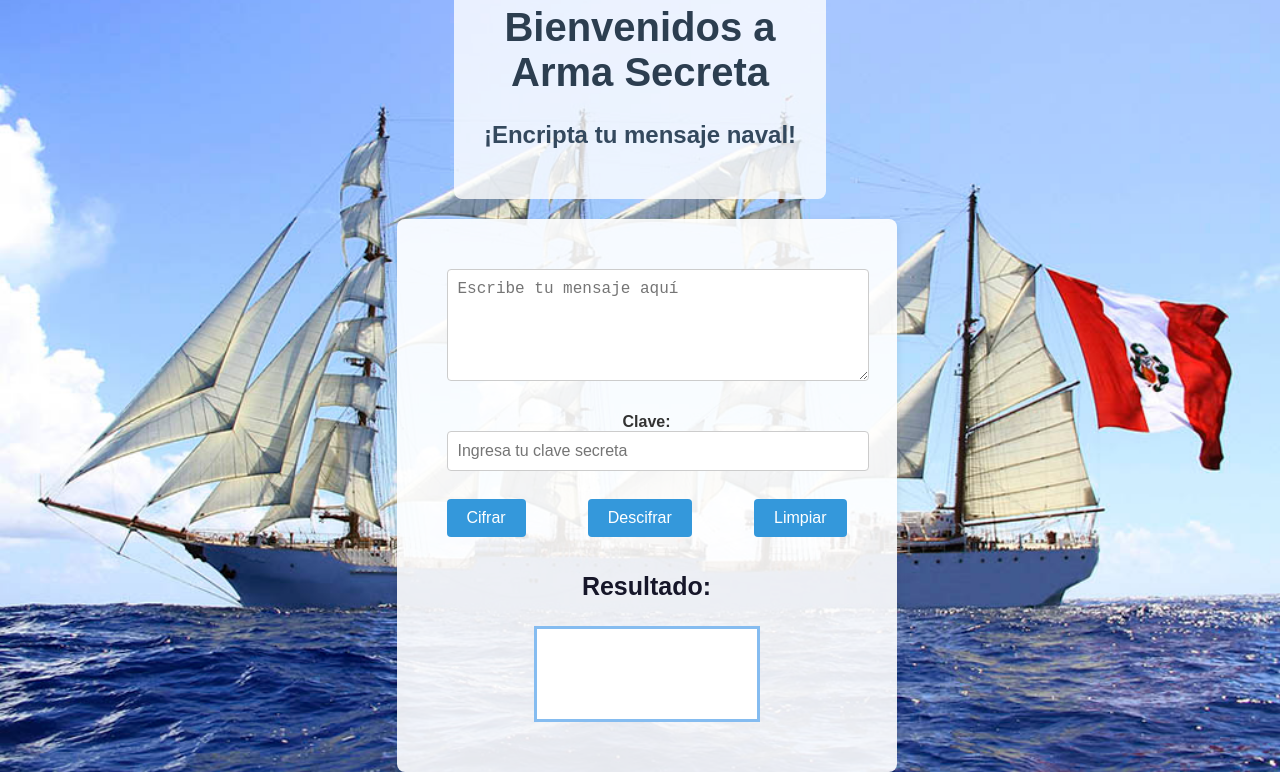
Repository: SusanaCahuantico/LIM009-Cipher
Page: src/index.html
These files come from the project's save history. The page is drawn as it stood at one moment and after the next save; the edit follows.
The browser window is 1280 px wide. The pictures show the whole page.

Above is the page before, as saved 2025-03-05 12:23:23.

### src/index.html
<!DOCTYPE html>
<html lang="es">
<head>
  <meta charset="UTF-8">
  <meta name="viewport" content="width=device-width, initial-scale=1.0">
  <title>Arma Secreta</title>
  <link rel="stylesheet" href="style.css">
</head>
<body>
  <header>
    <h1>Bienvenidos a <br>Arma Secreta</h1>
    <h2>¡Encripta tu mensaje naval!</h2>
  </header>
  <main>
    <div class="container">
      <textarea id="mensaje" cols="35" rows="5" placeholder="Escribe tu mensaje aquí"></textarea>
      <br><br>
      <label for="offset"><strong>Clave:</strong></label>
      <input type="text" id="offset" placeholder="Ingresa tu clave secreta">
      <br><br>
      <div class="buttons">
        <button id="cifrar" class="btn">Cifrar</button>
        <button id="descifrar" class="btn">Descifrar</button>
        <button id="limpiar" class="btn">Limpiar</button>
      </div>
      <h3>Resultado:</h3>
      <p id="result"></p>
    </div>
  </main>
  <script src="cipher.js"></script>
  <script src="index.js"></script>
</body>
</html>

### src/style.css
body {
    background-image: url('fondo/fondo4.jpg');
    background-size: cover;
    background-position: center;
    background-repeat: no-repeat;
    font-family: 'Arial', sans-serif;
    color: #333;
    margin: 0;
    padding: 0;
    display: flex;
    justify-content: center;
    align-items: center;
    height: 100vh;
    flex-direction: column;
}

header {
    text-align: center;
    margin-bottom: 20px;
    background-color: rgba(255, 255, 255, 0.8);
    padding: 30px;
    border-radius: 8px;
}

h1 {
    font-size: 2.5rem;
    color: #2c3e50;
}

h2 {
    font-size: 1.5rem;
    color: #34495e;
}

.container {
    background-color: rgba(255, 255, 255, 0.9);
    padding: 50px;
    border-radius: 8px;
    box-shadow: 0 4px 8px rgba(0, 0, 0, 0.1);
    width: 100%;
    max-width: 400px;
    text-align: center;
}

textarea {
    width: 100%;
    padding: 10px;
    border-radius: 4px;
    border: 1px solid #ccc;
    font-size: 1rem;
    margin-bottom: 10px;
}

input[type="text"] {
    width: 100%;
    padding: 10px;
    border-radius: 4px;
    border: 1px solid #ccc;
    font-size: 1rem;
    margin-bottom: 10px;
}

.buttons {
    display: flex;
    justify-content: space-between;
    margin-bottom: 20px;
}

.btn {
    padding: 10px 20px;
    border: none;
    border-radius: 4px;
    background-color: #3498db;
    color: #fff;
    font-size: 1rem;
    cursor: pointer;
    transition: background-color 0.3s ease;
}

.btn:hover {
    background-color: #2980b9;
}

#result {
    font-size: 1.2rem;
    color: #2c3e50;
    margin-top: 20px;
}

.cajita {
    margin: auto;
}

h3 {
    margin-top: 35px;
    color: rgb(22, 22, 41);
    font-size: 25px;
    text-align: center;
}

p {
    text-align: center;
    font-style: solid;
    width: 200px;
    height: 70px;
    background-color: white;
    border: 3px solid rgb(133, 188, 240);
    padding: 10px;
    margin: 0 auto;
}

### src/cipher.js
window.cipher = {
	encode: (offset, string) => {
	  return processText(offset, string, "encode");
	},

	decode: (offset, string) => {
	  return processText(offset, string, "decode");
	},
  };

  const processText = (offset, string, operation) => {
	const despl = parseInt(offset);
	let result = "";

	for (let i = 0; i < string.length; i++) {
	  const charCode = string.charCodeAt(i);
	  let processedChar;

	  if (charCode >= 65 && charCode <= 90) {
		processedChar = processCharacter(charCode, 65, 26, despl, operation);
	  } else if (charCode === 32) {
		processedChar = String.fromCharCode(32);
	  } else if (charCode >= 97 && charCode <= 122) {
		processedChar = processCharacter(charCode, 97, 26, despl, operation);
	  } else if (charCode >= 33 && charCode <= 64) {
		processedChar = processCharacter(charCode, 33, 32, despl, operation);
	  } else {
		return "Fuera de rango";
	  }

	  result += processedChar;
	}

	return result;
  };

  const processCharacter = (charCode, base, range, offset, operation) => {
	const shift = operation === "encode" ? offset : -offset;
	const normalizedChar = charCode - base;
	const shiftedChar = (normalizedChar + shift + range) % range;
	return String.fromCharCode(shiftedChar + base);
  };

### src/index.js
const offset = document.getElementById("offset");
const mensaje = document.getElementById("mensaje");
const btncifrar = document.getElementById("cifrar");
const btndescifrar = document.getElementById("descifrar");
const resulta = document.getElementById("result");
const clear = document.getElementById("limpiar");

btncifrar.addEventListener("click", () => {
    const mensajeCapturado = mensaje.value;
    const offsetCapturado = offset.value;
    resulta.innerHTML = cipher.encode(offsetCapturado, mensajeCapturado);
});

btndescifrar.addEventListener("click", () => {
    const mensajeCapturado = mensaje.value;
    const offsetCapturado = offset.value;
    resulta.innerHTML = cipher.decode(offsetCapturado, mensajeCapturado);
});

clear.addEventListener("click", () => {
    mensaje.value = " ";
    offset.value = " ";
    resulta.innerHTML = " ";
});

After the next save:
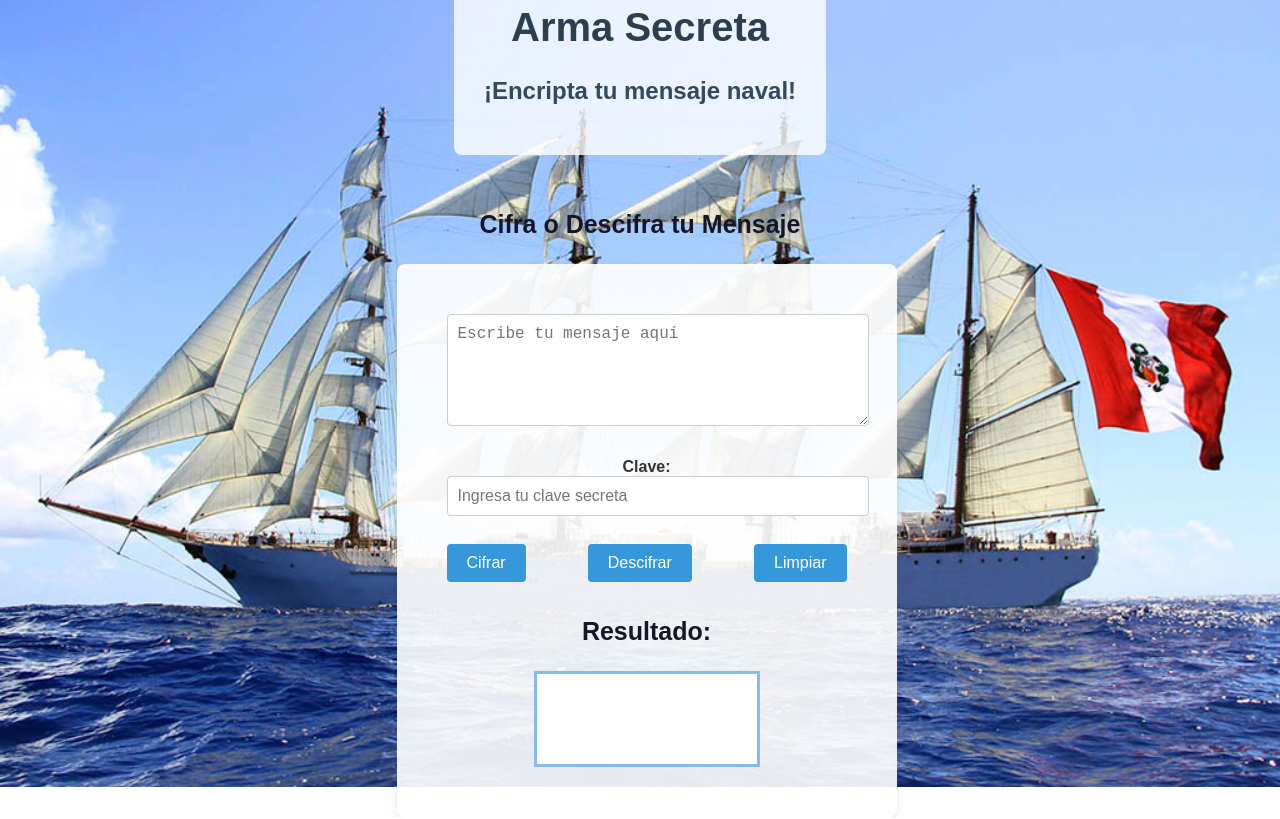
Saved 4 min 29 s later.
--- a/src/index.html
+++ b/src/index.html
@@ -11,7 +11,8 @@
     <h1>Bienvenidos a <br>Arma Secreta</h1>
     <h2>¡Encripta tu mensaje naval!</h2>
   </header>
-  <main>
+  <section class="cipher">
+    <h3>Cifra o Descifra tu Mensaje</h3>
     <div class="container">
       <textarea id="mensaje" cols="35" rows="5" placeholder="Escribe tu mensaje aquí"></textarea>
       <br><br>
@@ -26,7 +27,7 @@
       <h3>Resultado:</h3>
       <p id="result"></p>
     </div>
-  </main>
+  </section>
   <script src="cipher.js"></script>
   <script src="index.js"></script>
 </body>

After the save that followed:
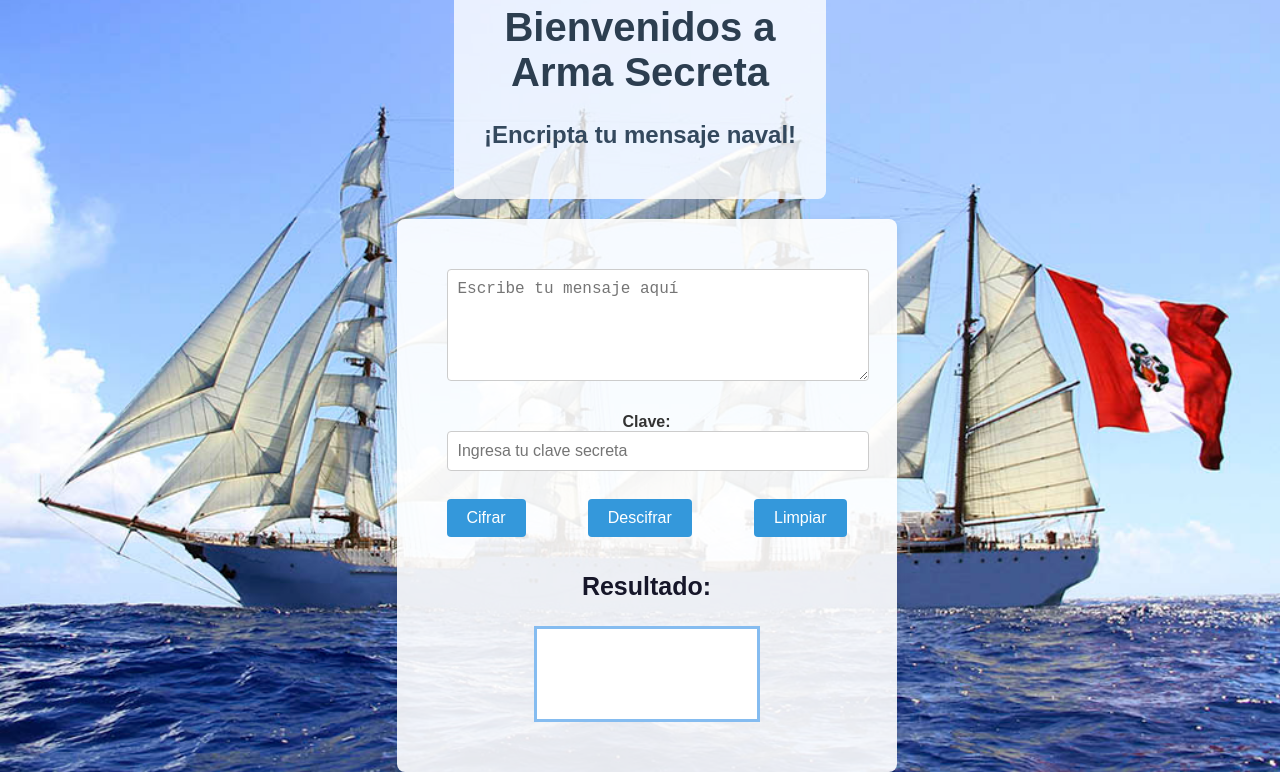
Saved 58 s later.
--- a/src/index.html
+++ b/src/index.html
@@ -11,8 +11,7 @@
     <h1>Bienvenidos a <br>Arma Secreta</h1>
     <h2>¡Encripta tu mensaje naval!</h2>
   </header>
-  <section class="cipher">
-    <h3>Cifra o Descifra tu Mensaje</h3>
+  <main>
     <div class="container">
       <textarea id="mensaje" cols="35" rows="5" placeholder="Escribe tu mensaje aquí"></textarea>
       <br><br>
@@ -27,7 +26,7 @@
       <h3>Resultado:</h3>
       <p id="result"></p>
     </div>
-  </section>
+  </main>
   <script src="cipher.js"></script>
   <script src="index.js"></script>
 </body>
